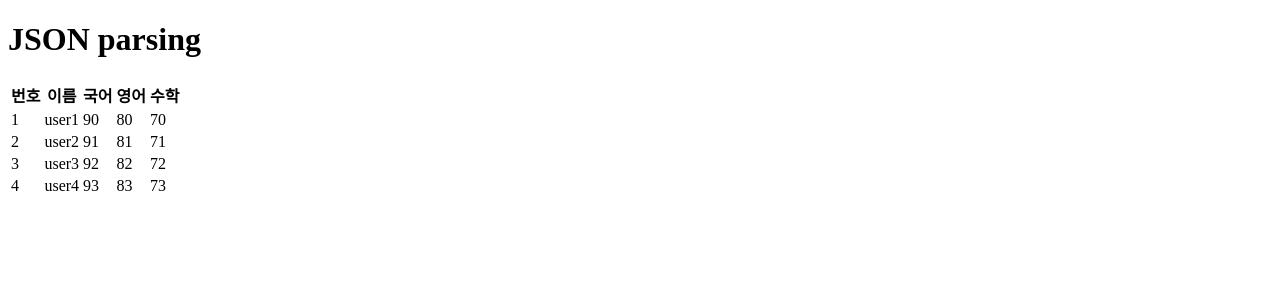
Repository: Lee-seongBeom/bitclass
Page: html08/WebContent/ex04.html
The author's editor kept a copy of each file at every save. The page is drawn from the files as they stood at one save, then again after the next save.
The browser window is 1280 px wide. The pictures show the whole page.

Above is the page before, as saved 2020-07-17 08:35:19.

### html08/WebContent/ex04.html
<!DOCTYPE html>
<html>
<head>
<meta charset="UTF-8">
<title>Insert title here</title>
<script type="text/javascript">
	var table,xhr;
	window.onload=function(){
		table=document.querySelector("table");
		//table.innerHTML="<tr><td>aaa</td><td>bbb</td></tr>";

		xhr=new XMLHttpRequest();
		xhr.onreadystatechange=function(){
			if(xhr.readyState==4 && xhr.status==200){
				var msg=xhr.responseText;
				var obj=JSON.parse(msg);
				var arr=obj.students;
				var msg2="<tr><th>번호</th><th>이름</th><th>국어</th><th>영어</th><th>수학</th></tr>";
				for(var i=0;i<arr.length;i++){
					msg2+="<tr>";
					msg2+="<td>"+arr[i].num+"</td>";
					msg2+="<td>"+arr[i].name+"</td>";
					msg2+="<td>"+arr[i].kor+"</td>";
					msg2+="<td>"+arr[i].eng+"</td>";
					msg2+="<td>"+arr[i].math+"</td>";
					msg2+="</tr>";
				}

				table.innerHTML=msg2;

			}
		};


		xhr.open('get','student.json');
		xhr.send();
	};
</script>
</head>
<body>
	<h1>JSON parsing</h1>
	<table/>
</body>
</html>

### html08/WebContent/student.json
{"students":[
{"num":1,"name":"user1","kor":90,"eng":80,"math":70},
{"num":2,"name":"user2","kor":91,"eng":81,"math":71},
{"num":3,"name":"user3","kor":92,"eng":82,"math":72},
{"num":4,"name":"user4","kor":93,"eng":83,"math":73}
]}

After the next save:
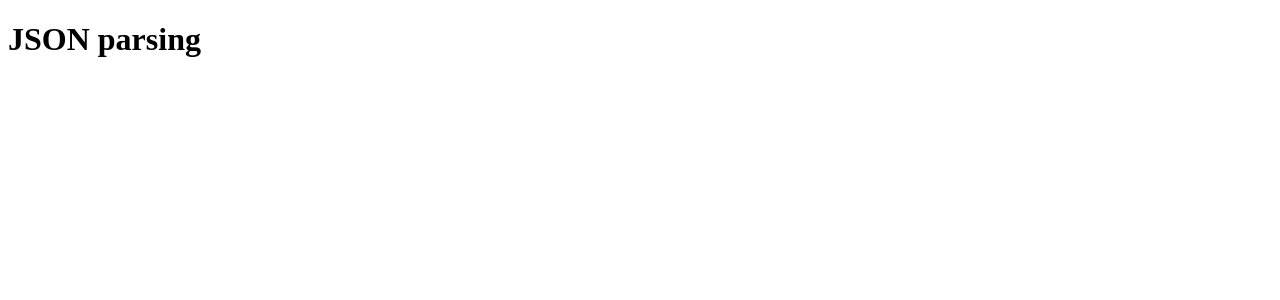
Console error (its wording comes from the project's code and is left out).
Saved 9 s later.
--- a/html08/WebContent/ex04.html
+++ b/html08/WebContent/ex04.html
@@ -32,7 +32,7 @@
 		};
 
 
-		xhr.open('get','student.json');
+		xhr.open('get','stu.jsp');
 		xhr.send();
 	};
 </script>
